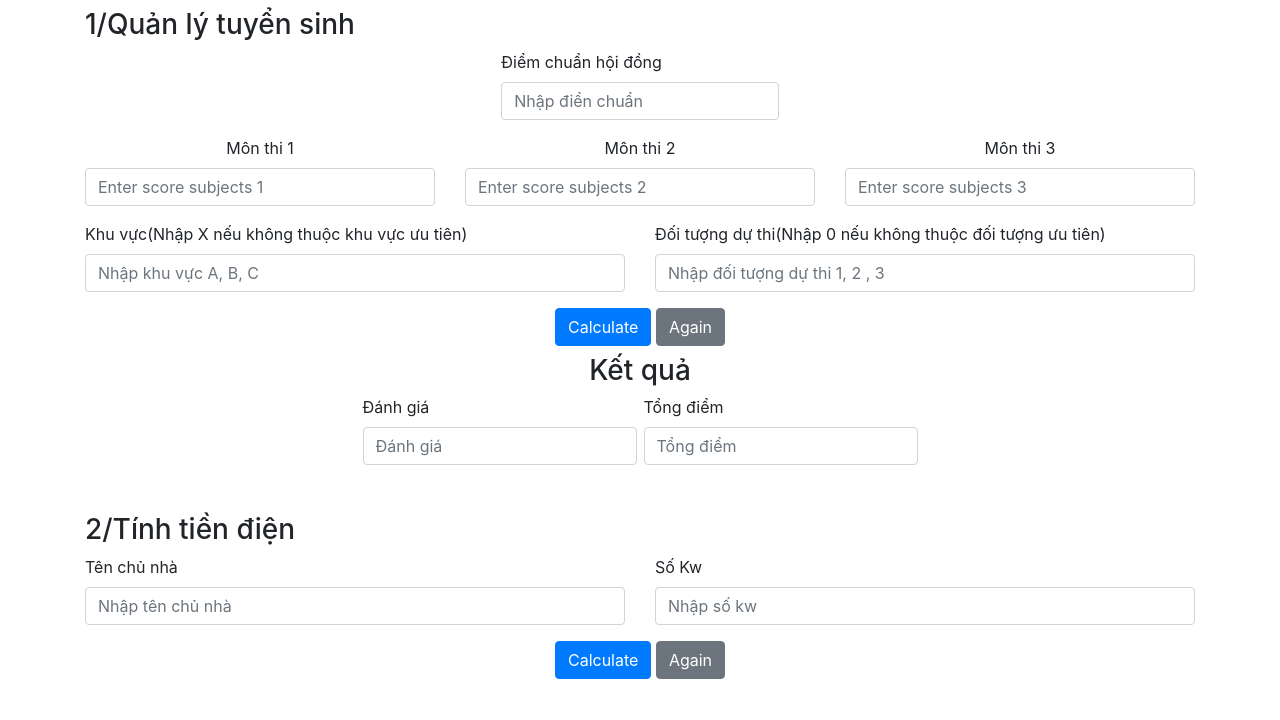
Repository: baobaodeveloper/bootcamp21__jsbasic4_HuynhAnhBao
Page: index.html
These files come from the project's save history. The page is drawn as it stood at one moment and after the next save; the edit follows.
The browser window is 1280 px wide. The pictures show the whole page.

Above is the page before, as saved 2022-03-13 19:19:54.

After the next save:
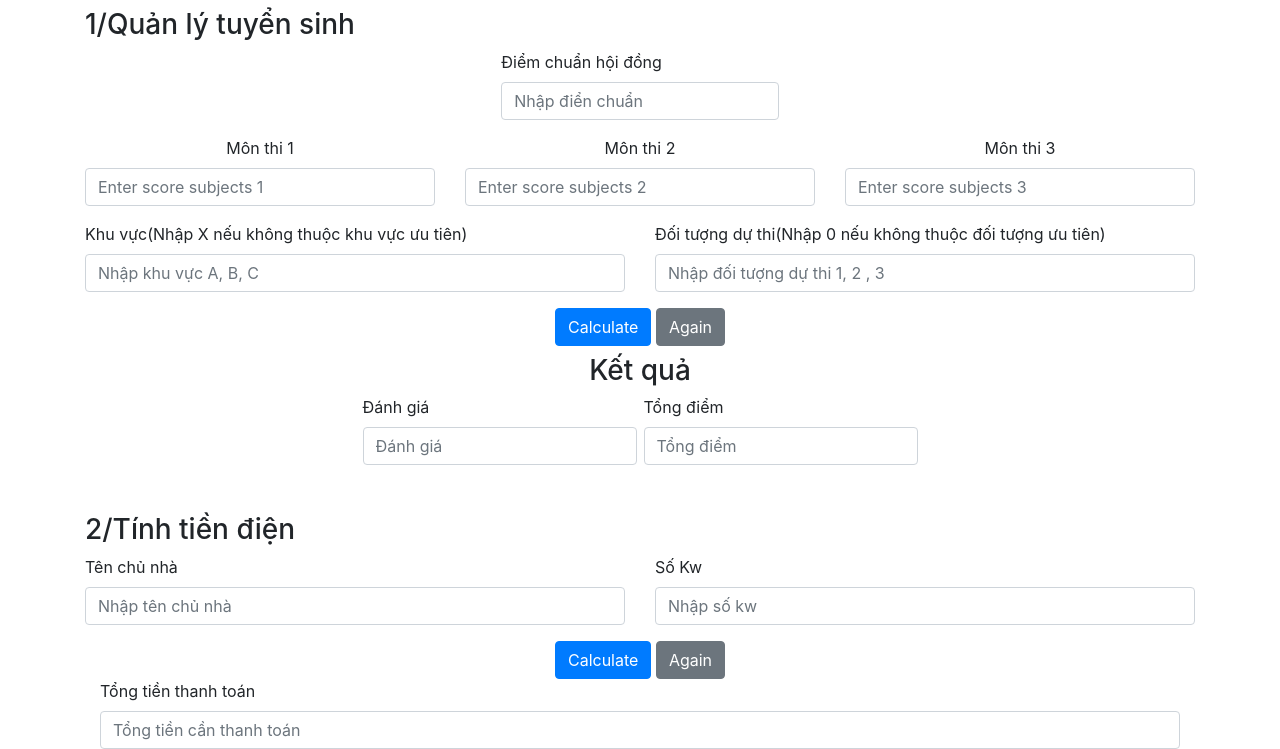
Saved 67 s later.
--- a/index.html
+++ b/index.html
@@ -155,6 +155,16 @@
           Again
         </button>
       </div>
+
+      <div class="col">
+        <label class="form-label">Tổng tiền thanh toán</label>
+        <input
+          type="number"
+          class="form-control"
+          id="host"
+          placeholder="Tổng tiền cần thanh toán"
+        />
+      </div>
     </div>
     <!-- Optional JavaScript -->
     <!-- jQuery first, then Popper.js, then Bootstrap JS -->
